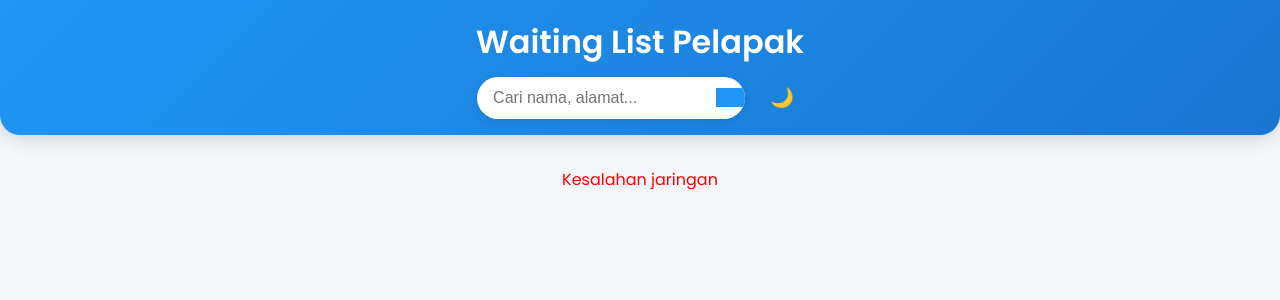
Repository: pasarrakyatbak/WaitingListforPanitia
Page: index.html
An editor plug-in stored every save of this project. The page is shown before and after the next save, followed by the edit.
The browser window is 1280 px wide. The pictures show the whole page.
The page's requests for data from a server got no answer.

Above is the page before, as saved 2025-09-25 16:46:05.

After the next save:
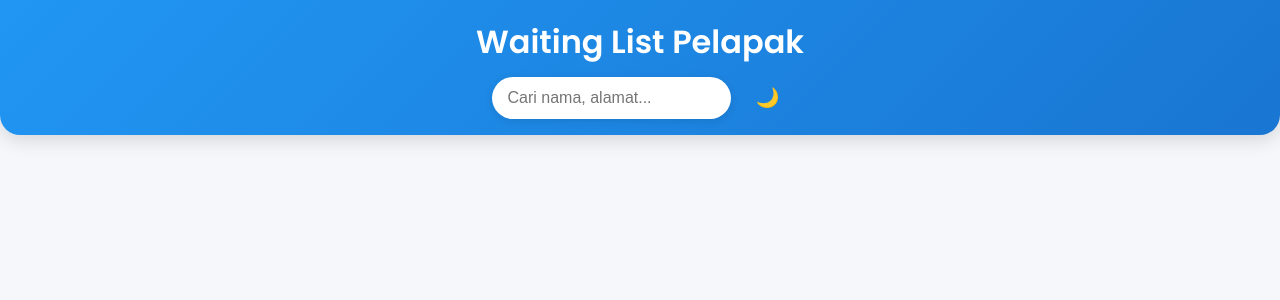
Console error: TypeError: Cannot read properties of null (reading 'addEventListener')
Saved 8 s later.
--- a/index.html
+++ b/index.html
@@ -17,8 +17,6 @@
             <!-- Search -->
             <div class="search-container">
                 <input type="text" id="searchInput" placeholder="Cari nama, alamat...">
-                <button id="searchBtn" aria-label="Cari">
-                </button>
             </div>
 
             <!-- Toggle Dark Mode -->

After the save that followed:
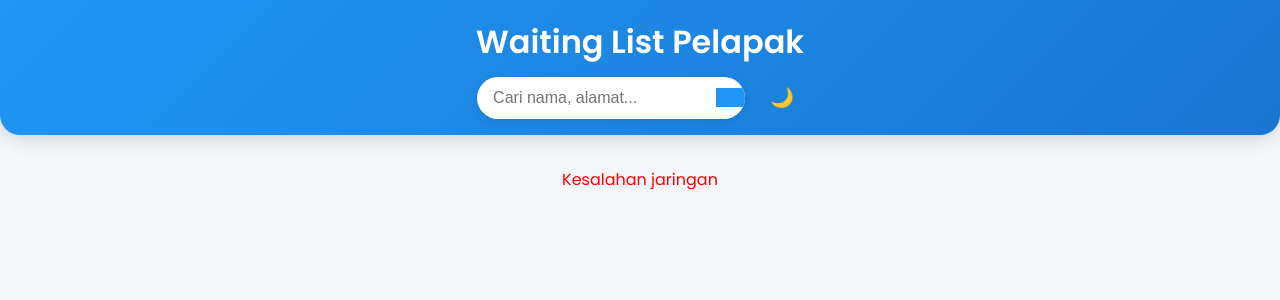
The error is gone.
Saved 27 s later.
--- a/index.html
+++ b/index.html
@@ -17,6 +17,8 @@
             <!-- Search -->
             <div class="search-container">
                 <input type="text" id="searchInput" placeholder="Cari nama, alamat...">
+                <button id="searchBtn" aria-label="Cari">
+                </button>
             </div>
 
             <!-- Toggle Dark Mode -->
